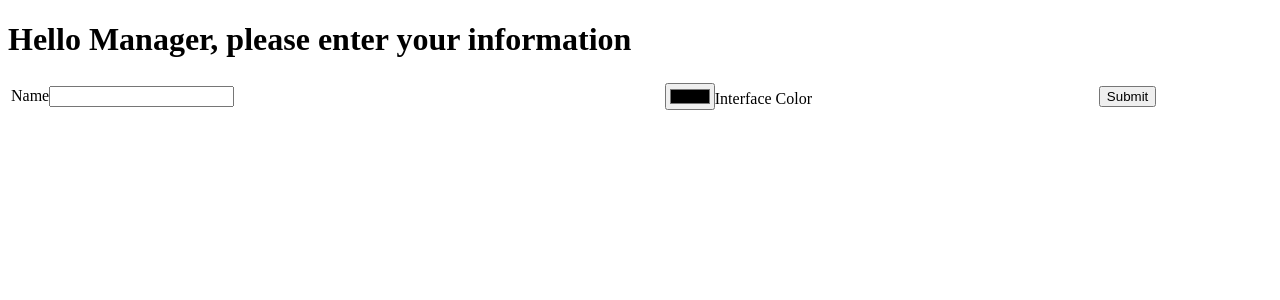
Repository: ir1998/cs201
Page: CSCI201Factory_Lab4/WebContent/setupForm.html
An editor plug-in stored every save of this project. The page is shown before and after the next save, followed by the edit.
The browser window is 1280 px wide. The pictures show the whole page.

Above is the page before, as saved 2017-02-07 16:18:33.

After the next save:
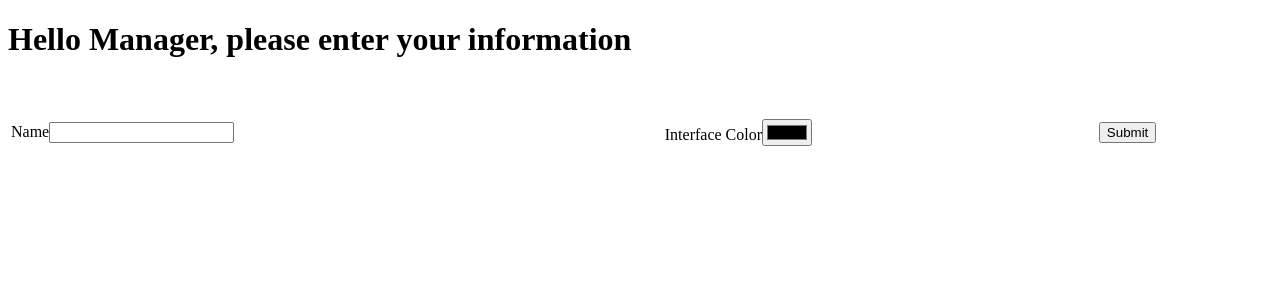
Saved 14 s later.
--- a/CSCI201Factory_Lab4/WebContent/setupForm.html
+++ b/CSCI201Factory_Lab4/WebContent/setupForm.html
@@ -8,8 +8,8 @@
 <h1>Hello Manager, please enter your information</h1>
 <table style="width:100%">
   <tr>
-    <td>Name<input type="text" name="name"/></td>
-    <td><input type="color" name="color"/>Interface Color</td>
+    <td>Name<input type="text" name="name"/></td><br>
+    <td>Interface Color<input type="color" name="color"/></td><br>
     <td><input type="submit" name="submit" value="Submit"/></td>
   </tr>
 </table>
